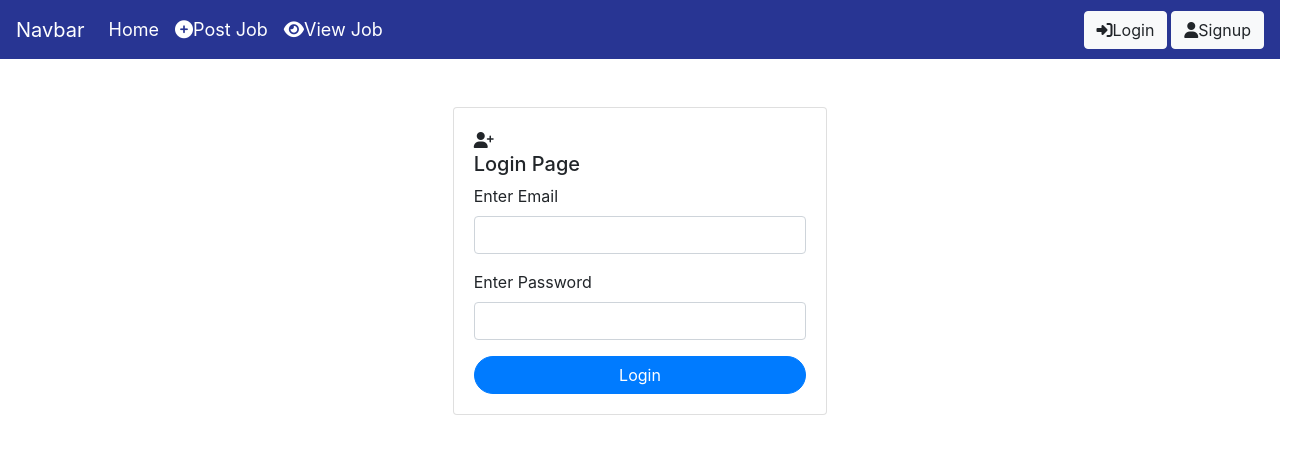
Repository: Pankaj08072001/Adv_Java
Page: http://localhost/06_Job_portal_Project/login.jsp
These files come from the project's save history. The page is drawn as it stood at one moment and after the next save; the edit follows.
The browser window is 1280 px wide. The page is 1295 px wide, so the pictures cover 1295 px, including what lies to the right of the window. The pictures show the whole page.
Some web libraries are served in a nearby version. The page is served by Tomcat 9.

Above is the page before, as saved 2025-03-13 19:46:15.

After the next save:
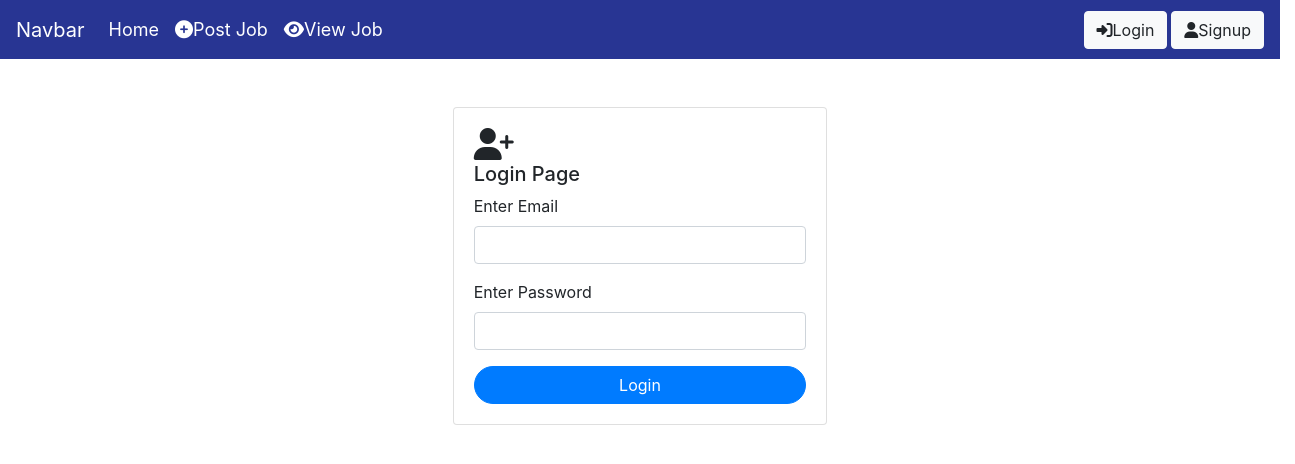
Saved 58 s later.
--- a/06_Job_portal_Project/src/main/webapp/login.jsp
+++ b/06_Job_portal_Project/src/main/webapp/login.jsp
@@ -15,7 +15,7 @@
 				<div class="card">
 					<div class="card-body">
 						<div class="test-center">
-							<i class="fa fa-user-plus fa-2px" aria-hidden="true"></i>
+							<i class="fa fa-user-plus fa-2x" aria-hidden="true"></i>
 							<h5>Login Page</h5>
 						</div>
 						<%--  <c:if test= "${not empty succMsg}">
